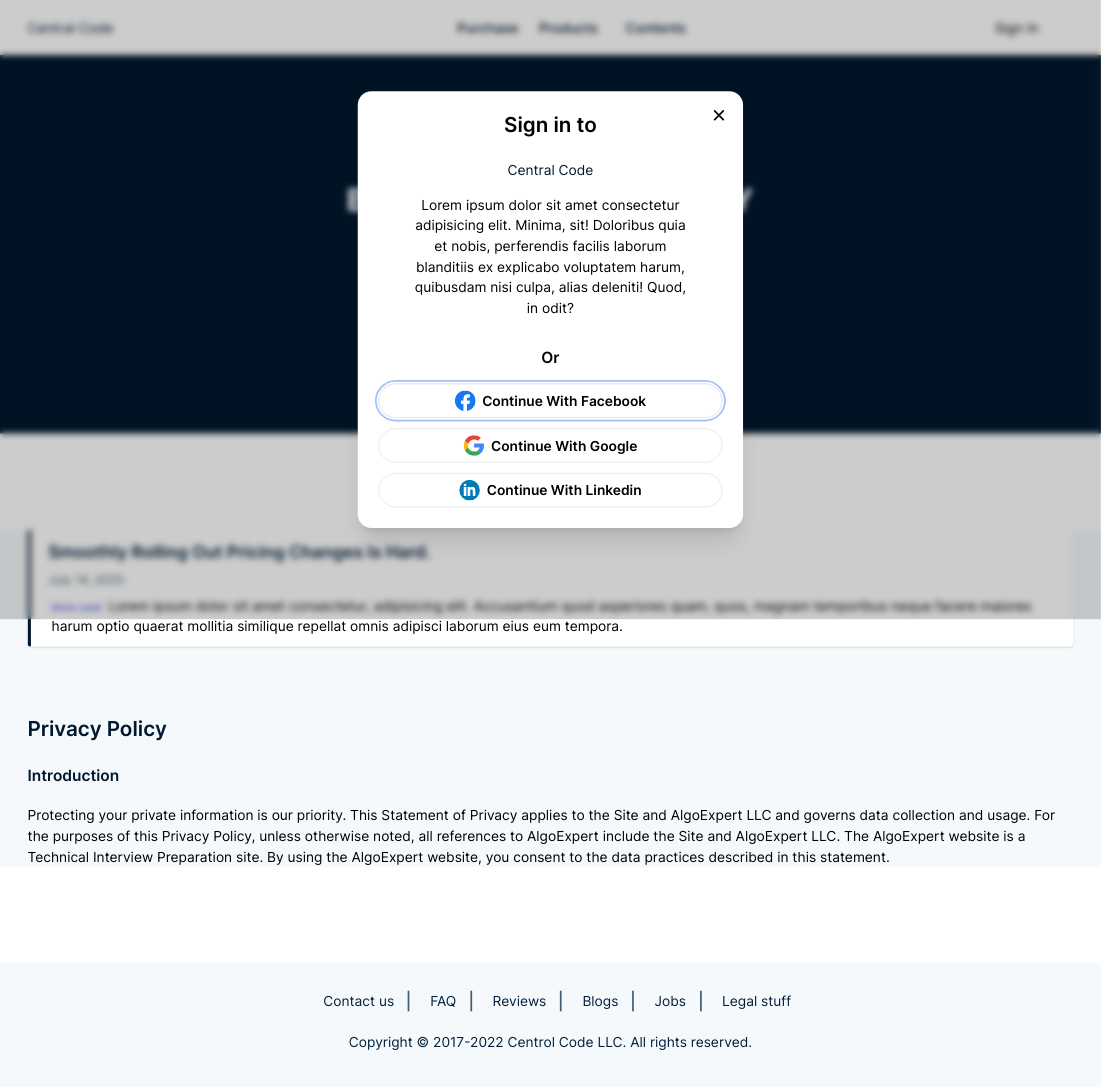
Repository: om1ars/Xjkey
Page: /privacy
An editor plug-in stored every save of this project. The page is shown before and after the next save, followed by the edit.
The browser window is 1280 px wide. The pictures show the whole page, at 86% of full size.
The project was rebuilt for these pictures with package versions that can differ from the ones it lists, and the page was loaded fresh each time. The framework's server and built-in components were replaced by stand-ins that run in the browser. Also part of the build but not shown: next.config.js.

Above is the page before, as saved 2022-03-20 23:36:31.

After the next save:
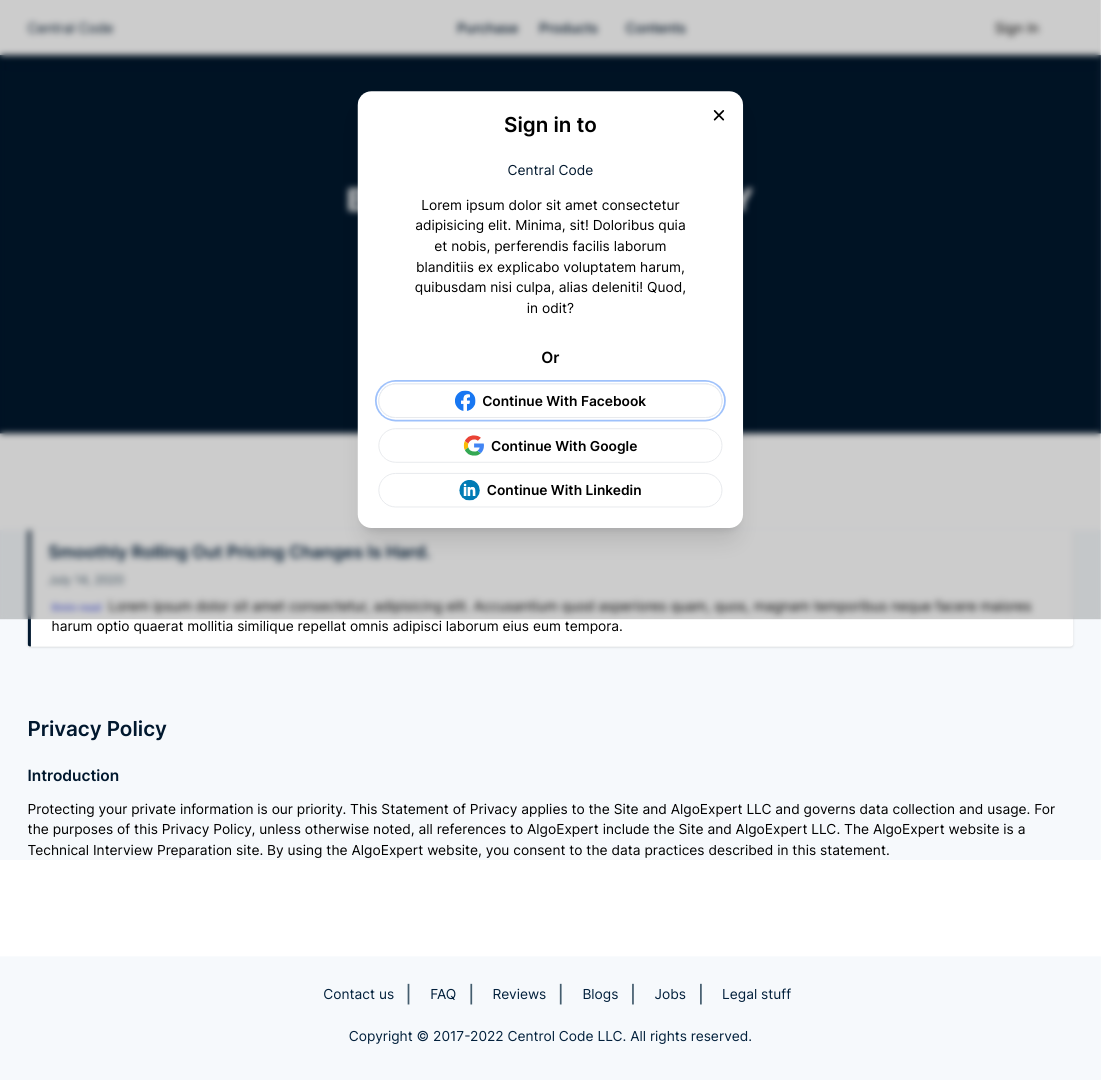
Saved 6 s later.
--- a/src/pages/privacy.tsx
+++ b/src/pages/privacy.tsx
@@ -47,7 +47,7 @@ export default function Privacy() {
               <span className="mt-4  text-lg font-semibold text-mainBg">
                 Introduction
               </span>
-              <p className="text mt-5">
+              <p className="text mt-3">
                 Protecting your private information is our priority. This
                 Statement of Privacy applies to the Site and AlgoExpert LLC and
                 governs data collection and usage. For the purposes of this
